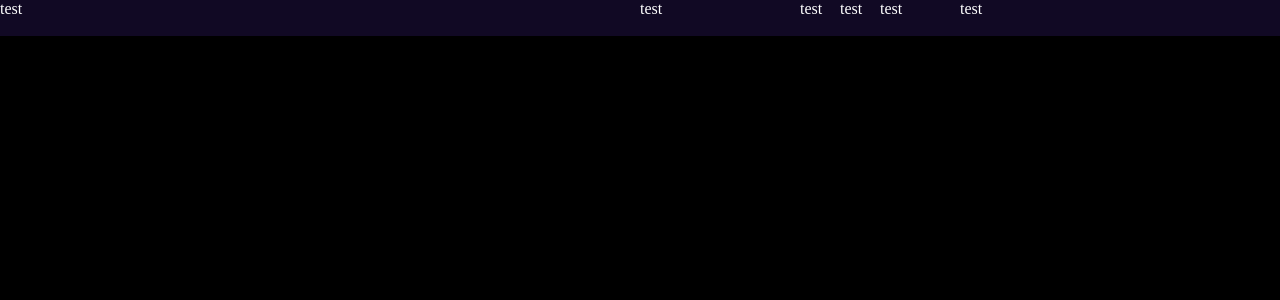
Repository: Ethan-OF/L3DTS-Web-Design
Page: index.html
These files come from the project's save history. The page is drawn as it stood at one moment and after the next save; the edit follows.
The browser window is 1280 px wide. The pictures show the whole page.

Above is the page before, as saved 2023-08-24 23:35:48.

### index.html
<!DOCTYPE html>
<!--[if lt IE 7]>      <html class="no-js lt-ie9 lt-ie8 lt-ie7"> <![endif]-->
<!--[if IE 7]>         <html class="no-js lt-ie9 lt-ie8"> <![endif]-->
<!--[if IE 8]>         <html class="no-js lt-ie9"> <![endif]-->
<!--[if gt IE 8]>      <html class="no-js"> <!--<![endif]-->
<html>
    <head>
        <meta charset="utf-8">
        <meta http-equiv="X-UA-Compatible" content="IE=edge">
        <title></title>
        <meta name="description" content="">
        <meta name="viewport" content="width=device-width, initial-scale=1">
        <link rel="stylesheet" href="./Recources/core.css">
    </head>
    <body>
        <div class="navigation">
            <div class="navgroup">test</div>
            <div class="navgroup">
                <div class="navgroup">
                    <div class="navgroup">test</div>
                    <div class="navgroup">
                        <div class="navgroup">
                            <div class="navgroup">test</div>
                            <div class="navgroup">test</div>

                        </div>
                        <div class="navgroup">test</div>
                    </div>
                </div>
                <div class="navgroup">test</div>
            </div>
        </div>


        <!--[if lt IE 7]>
            <p class="browsehappy">You are using an <strong>outdated</strong> browser. Please <a href="#">upgrade your browser</a> to improve your experience.</p>
        <![endif]-->

        <script src="" async defer></script>
    </body>
</html>

### Recources/core.css
body {
    background-color: black;
    color: white;
    padding: 0px;
    margin: 0px;
  }

.navigation {
  display: flex;
  align-items: left;

  background-color: grey;
  height: 5vh;
  width: 100%;
  padding-left: 0px;
  border: 0px;
}

.navgroup {
  width: 50%;
	height: 100%;
	background-color: rgb(17, 9, 36);
	order: 0;
	display: flex;
}

.image {
  background-color: white;
  height: 50%;
}

.bottomText {
  background-color: red;
  height: 50%;
}

After the next save:
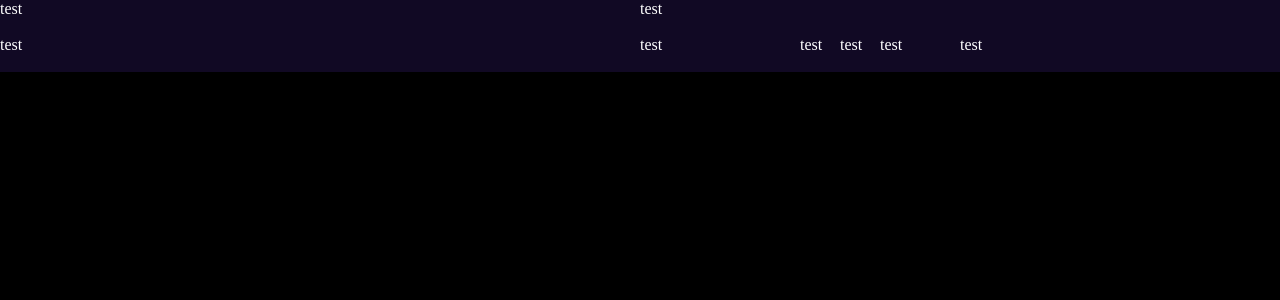
Saved 23 s later.
--- a/index.html
+++ b/index.html
@@ -1,3 +1,31 @@
+<!DOCTYPE html>
+<!--[if lt IE 7]>      <html class="no-js lt-ie9 lt-ie8 lt-ie7"> <![endif]-->
+<!--[if IE 7]>         <html class="no-js lt-ie9 lt-ie8"> <![endif]-->
+<!--[if IE 8]>         <html class="no-js lt-ie9"> <![endif]-->
+<!--[if gt IE 8]>      <html class="no-js"> <!--<![endif]-->
+<html>
+    <head>
+        <meta charset="utf-8">
+        <meta http-equiv="X-UA-Compatible" content="IE=edge">
+        <title></title>
+        <meta name="description" content="">
+        <meta name="viewport" content="width=device-width, initial-scale=1">
+        <link rel="stylesheet" href="./Recources/core.css">
+    </head>
+    <body>
+        <div class="navigation">
+            <div class="navgroup">test</div>
+            <div class="navgroup">test</div>
+        </div>
+
+
+        <!--[if lt IE 7]>
+            <p class="browsehappy">You are using an <strong>outdated</strong> browser. Please <a href="#">upgrade your browser</a> to improve your experience.</p>
+        <![endif]-->
+
+        <script src="" async defer></script>
+    </body>
+</html>
 <!DOCTYPE html>
 <!--[if lt IE 7]>      <html class="no-js lt-ie9 lt-ie8 lt-ie7"> <![endif]-->
 <!--[if IE 7]>         <html class="no-js lt-ie9 lt-ie8"> <![endif]-->
